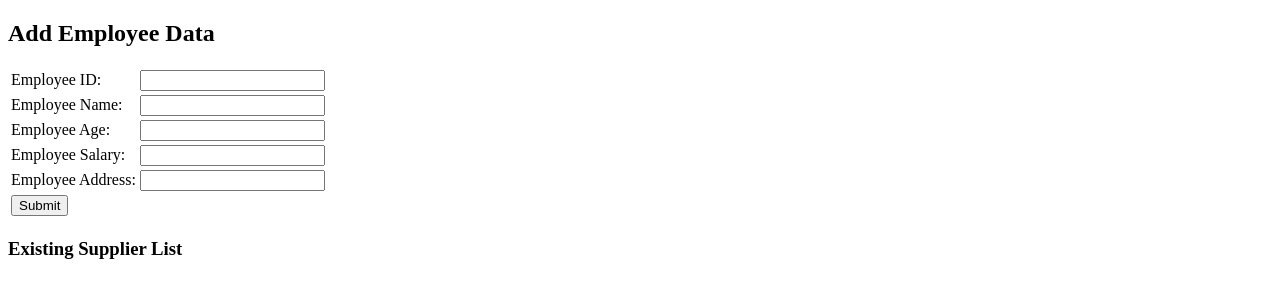
Repository: KaustubhKamat/ShoppingCartProject
Page: http://localhost/NewShoppingCart/WEB-INF/views/DeleteSupplier.jsp
The author's editor kept a copy of each file at every save. The page is drawn from the files as they stood at one save, then again after the next save.
The browser window is 1280 px wide. The pictures show the whole page.
The page is served by Tomcat 9. Nobody is signed in. Other server files are loaded and not shown. The template is opened directly, without the code that normally fills it, so the values that code supplies are empty.

Above is the page before, as saved 2017-01-17 05:47:55.

### NewShoppingCart/src/main/webapp/WEB-INF/views/DeleteSupplier.jsp
<%@ page language="java" contentType="text/html; charset=ISO-8859-1"
    pageEncoding="ISO-8859-1"%>
<%@taglib uri="http://www.springframework.org/tags/form" prefix="form"%>
<%@ taglib uri="http://java.sun.com/jsp/jstl/core" prefix="c"%>
<!DOCTYPE html PUBLIC "-//W3C//DTD HTML 4.01 Transitional//EN" "http://www.w3.org/TR/html4/loose.dtd">
<html>
 <head>
  <meta http-equiv="Content-Type" content="text/html; charset=ISO-8859-1">
  <title>Spring MVC Form Handling</title>
 </head>
 <body>
  <h2>Add Employee Data</h2>
  <form:form method="POST" action="/sdnext/save.html">
      <table>
       <tr>
           <td><form:label path="id">Employee ID:</form:label></td>
           <td><form:input path="id" value="${employee.id}" readonly="true"/></td>
       </tr>
       <tr>
           <td><form:label path="name">Employee Name:</form:label></td>
           <td><form:input path="name" value="${employee.name}"/></td>
       </tr>
       <tr>
           <td><form:label path="age">Employee Age:</form:label></td>
           <td><form:input path="age" value="${employee.age}"/></td>
       </tr>
       <tr>
           <td><form:label path="salary">Employee Salary:</form:label></td>
           <td><form:input path="salary" value="${employee.salary}"/></td>
       </tr>

       <tr>
           <td><form:label path="address">Employee Address:</form:label></td>
                    <td><form:input path="address" value="${employee.address}"/></td>
       </tr>
          <tr>
         <td colspan="2"><input type="submit" value="Submit"/></td>
        </tr>
   </table>
  </form:form>



<div class="col-sm-offset-4 col-sm-35">
<h3>Existing Supplier List</h3>
</div>
<div class="col-sm-offset-2 col-sm-20">
	<c:if test="${!empty supplierList}">
		<table class="tg">
			<tr>
				<th width="150">Supplier ID</th>
				<th width="150">Supplier Name</th>
				<th width="200">Supplier Address</th>
				<th width="100">Edit</th>
				<th width="150">Delete</th>
			</tr>
			</div>
			<c:forEach items="${supplierList}" var="supplier">
				<tr>
					<td>${supplier.id}</td>
					<td>${supplier.name}</td>
					<td>${supplier.address}</td>
					<td><a href="<c:url value='/manage_category_edit/${supplier.id}'/>">Edit</a></td>

					<td><a href="<c:url value='/manage_category_remove/${supplier.id}' />">Delete</a></td>
				</tr>
			</c:forEach>
		</table>
	</c:if>
</body>
</html>

After the next save:
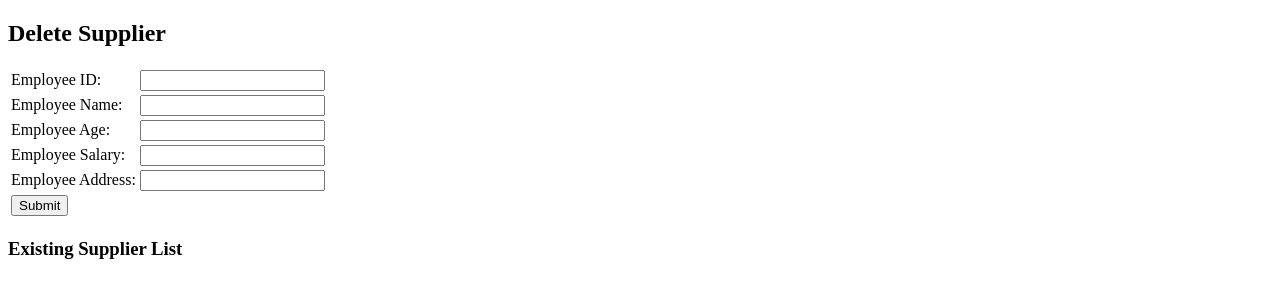
Saved 23 s later.
--- a/NewShoppingCart/src/main/webapp/WEB-INF/views/DeleteSupplier.jsp
+++ b/NewShoppingCart/src/main/webapp/WEB-INF/views/DeleteSupplier.jsp
@@ -9,7 +9,7 @@
   <title>Spring MVC Form Handling</title>
  </head>
  <body>
-  <h2>Add Employee Data</h2>
+  <h2>Delete Supplier</h2>
   <form:form method="POST" action="/sdnext/save.html">
       <table>
        <tr>
